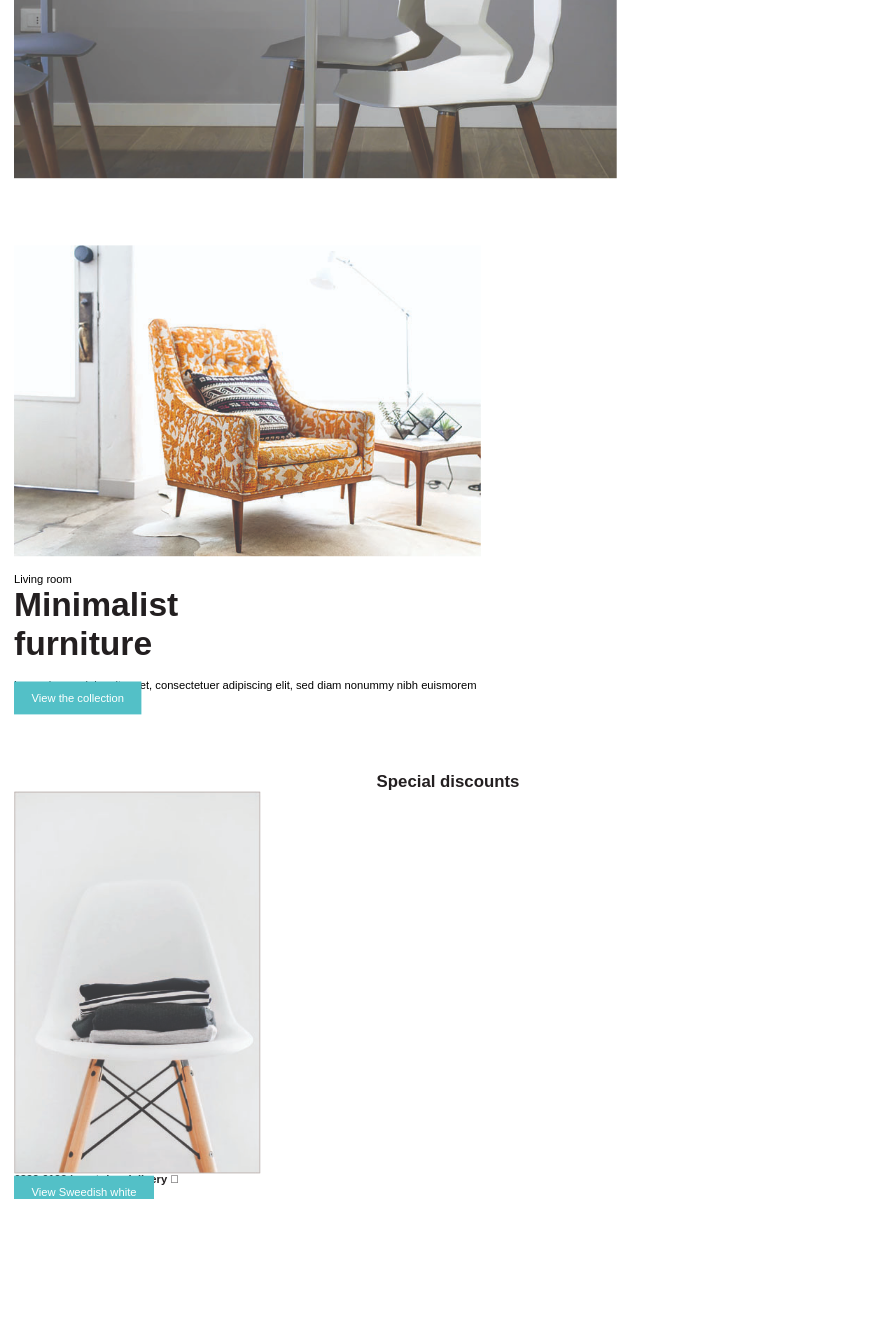
Repository: dinhhaidh/republic-web
Page: index.html
These files come from the project's save history. The page is drawn as it stood at one moment and after the next save; the edit follows.
The browser window is 1280 px wide. The pictures show the part of the page from y = 932 to 2852 px (the page is 2852 px tall), at 70% of full size.
Some web fonts or font styles are not loaded; a fallback is used. Some web libraries are served in a nearby version.

Above is the page before, as saved 2024-01-24 17:15:02.
Console error: ReferenceError: Swiper is not defined

After the next save:
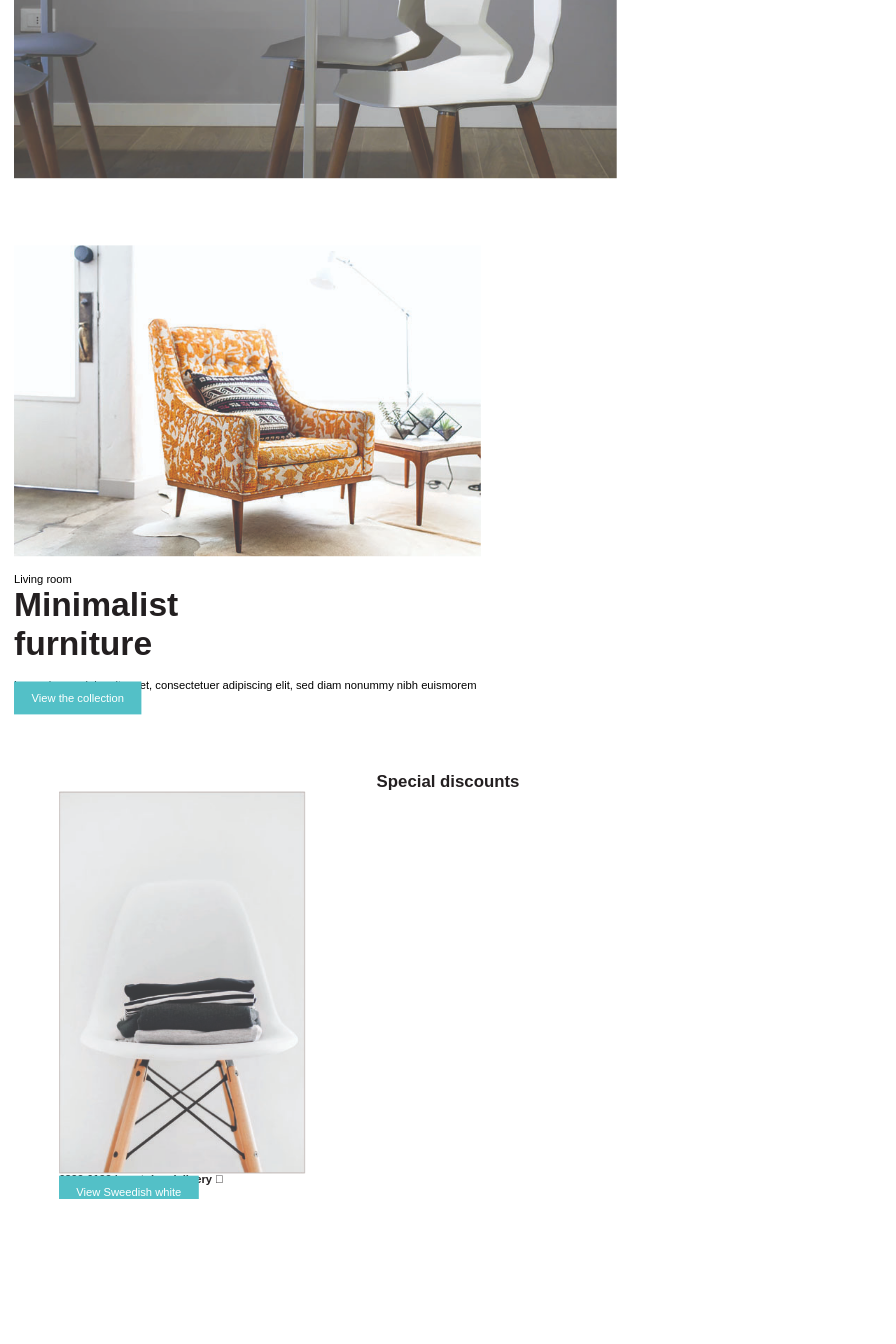
The error is gone.
Saved 15 s later.
--- a/index.html
+++ b/index.html
@@ -159,7 +159,7 @@
 
     <!--========== SCROLL UP ==========-->
 
-    <script src="https://cdn.jsdelivr.net/npm/swiper@11/swiper-element-bundle.min.js"></script>
+    <script src="https://cdn.jsdelivr.net/npm/swiper@11/swiper-bundle.min.js"></script>
 
 
     <!--=============== SCROLLREVEAL ===============-->
